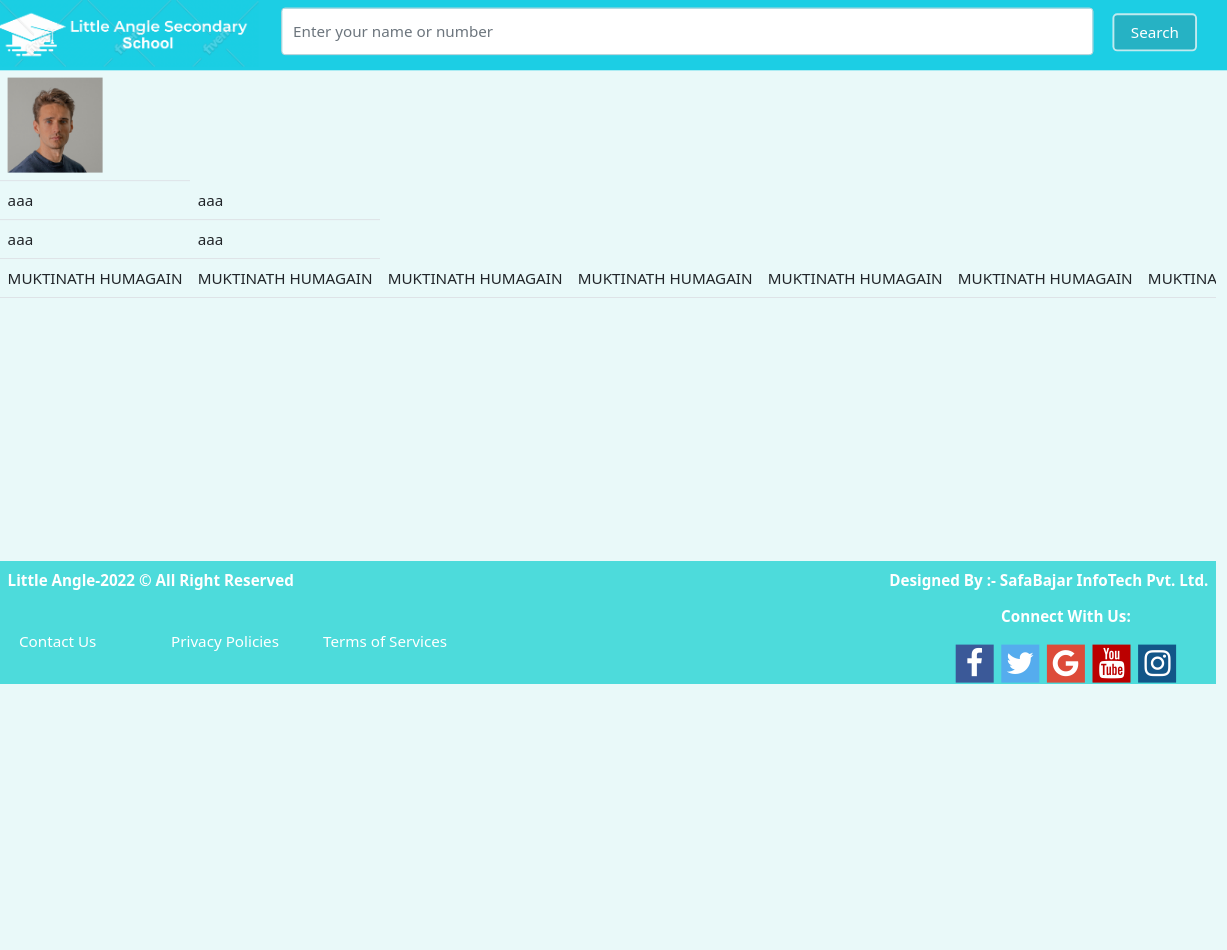
Repository: Sjuicyy/School-Project
Page: profilesview.html
The author's editor kept a copy of each file at every save. The page is drawn from the files as they stood at one save, then again after the next save.
The browser window is 1280 px wide. The page is 1292 px wide, so the pictures cover 1292 px, including what lies to the right of the window. The pictures show the whole page, at 95% of full size.

Above is the page before, as saved 2022-09-22 11:35:00.

### profilesview.html
<!doctype html>
<html lang="en">

<head>
    <!-- Required meta tags -->
    <meta charset="utf-8">
    <meta name="viewport" content="width=device-width, initial-scale=1">

    <!-- Bootstrap CSS -->
    <link href="https://cdn.jsdelivr.net/npm/bootstrap@5.0.2/dist/css/bootstrap.min.css" rel="stylesheet"
        integrity="sha384-EVSTQN3/azprG1Anm3QDgpJLIm9Nao0Yz1ztcQTwFspd3yD65VohhpuuCOmLASjC" crossorigin="anonymous">

    <link rel="stylesheet" href="https://cdnjs.cloudflare.com/ajax/libs/font-awesome/4.7.0/css/font-awesome.min.css">


    <style>
        body {
            height: 1000px;
        }

        .navcol {
            background-color: rgb(28, 206, 228);
        }

        .row0 div {
            width: auto;
            display: flex;
        }

        .img {
            height: 70px;
            width: 100%;
        }

        .form-control {
            height: 50px;
        }


        .btn1 {
            background-color: rgb(38, 178, 196);
            color: white;
            height: 40px;
            width: 100px;
            margin: 20px;
            margin-top: 14px;
            border: 2px solid rgba(255, 255, 255, 0.715);
            border-radius: 5px;
        }

        .btn1:hover {
            background-color: rgba(0, 225, 255, 0);
            border: 2px solid white;
            outline: none;
        }

        .btn1:active {
            color: rgba(255, 255, 255, 0.667);
            border: 2px solid rgba(255, 255, 255, 0.533);
        }

        .footer {
            background-color: rgb(77, 219, 219);
            position: fixed;
            width: 100%;
            overflow: AUTO;
            color: rgb(255, 255, 255);
            bottom: 0;
        }

        .footer::-webkit-scrollbar {
            display: none;
        }


        .fb {

            width: 160px
        }

        .fa1 {
            font-size: xx-large;
            padding: 4px;
            margin: 2px;
            width: 40px;
            text-decoration: none;
        }

        .fa-facebook {
            background: #3B5998;
            color: white;
        }

        .fa-twitter {
            background: #55ACEE;
            color: white;
        }

        .fa-google {
            background: #dd4b39;
            color: white;
        }

        .fa-youtube {
            background: #bb0000;
            color: white;
        }

        .fa-instagram {
            background: #125688;
            color: white;
        }

        .red {
            border: 1px solid rgb(219, 77, 77);
        }

        .green {
            border: 1px solid rgb(2, 183, 255);
        }

        .yello {
            border: 1px solid rgb(193, 255, 6);
        }

        .btn2 {
            background-color: rgb(77, 219, 219);
            width: 400px;
        }

        .color {
            color: rgb(28, 206, 228);
        }

        .a {
            text-decoration: none;
            color: rgb(77, 219, 219);
        }

        .loginopt {
            background-color: rgb(255, 255, 255);
            color: rgb(28, 206, 228);
            border: 2px solid;
            width: 43px;
            border-radius: 100px;
            margin: 10px;
        }

        .loginopt:hover {
            color: #0c91f7;
        }

        .btn2:hover {
            background-color: #2a8bd0;
        }
    </style>
    <title>Little Angle School</title>
</head>

<body style="background-color:#99e6e335 ;>
    <!-- heading start -->
    <div class=" container-fluid text-center">
    <div class="row row0 navcol">
        <div class="col-3">
            <a href="pages.html">
                <img class="img" src="./school.png" alt="">
            </a>
        </div>
        <div class="col">
            <input class="form-control mt-2 " type="search" placeholder="Enter your name or number "
                aria-label="Search">
            <button class="btn1" type="submit">Search</button>
            </form>
        </div>
    </div>
    </div>
    <!-- heading end -->



    <!-- profile view body  -->




    <!-- <div class="container mt-4 w-75" style="border: 3px solid #0c91f7;">
        <div class="m-1">


        <div class="row">
            <div class="col-auto  ">
                <img src=" ./profile pic.jpg" width="100px" alt="">
            </div>
            <div class="col " style="">
                <div class="row mt-3 m-auto">
                    <div class="col-auto m-auto w-50 "><b>Name: </b>Shyam Joshi</div>
                    <div class="col-auto m-auto w-50 "><b> Email: </b>Sjuicyy@gmail.com</div>
                </div>
                <div class="row mt-3 m-auto">
                    <div class="col-auto m-auto w-50 "><B>DoB: </B>2055/04/31</div>
                    <div class="col-auto m-auto w-50 "><b>Mobile</b>: +977-9867867202</div>
                </div>
            </div>
            <div class="col-auto " style="overflow:hidden; width:100px">
                <div class="col mt-3 ">
                    <div class="btn btn-primary btn-sm  w-100">view</div>
                </div>
                <div class="col  mt-2">
                    <div class="btn btn-primary btn-sm  w-100">Edit</div>
                </div>
            </div>
        </div>

    </div>
    </div> -->



    <!-- // profile view body  -->





    <!-- another responsive table start -->










    <div class="table-responsive text-nowrap">
        <table class="table table-hover">
            <tbody class="table-border-bottom-0">
                <tr class="text-nowrap">
                    <td>
                        <img src="./profile pic.jpg" width="100px" alt="">

                        <tr>
                            <td>aaa</td>
                            <td>aaa</td>
                        </tr>
                        <tr>
                            <td>aaa</td>
                            <td>aaa</td>
                        </tr>
                    </td>
                    <td>MUKTINATH HUMAGAIN</td>
                    <td>MUKTINATH HUMAGAIN</td>
                    <td>MUKTINATH HUMAGAIN</td>
                    <td>MUKTINATH HUMAGAIN</td>
                    <td>MUKTINATH HUMAGAIN</td>
                    <td>MUKTINATH HUMAGAIN</td>
                    <td>MUKTINATH HUMAGAIN</td>


                </tr>
            </tbody>
        </table>
    </div>
    <!-- another responsive table end -->








    <!-- footer start -->


    <div class="footer">
        <div class="row ">
            <div class="col mx-2 mt-2" style="text-align:left"> <b>Little Angle-2022 © All Right Reserved</b> </div>
            <div class="col mx-2 mt-2" style="text-align:right">
                <p> <b>Designed By :- SafaBajar InfoTech Pvt. Ltd.</b> </p>
            </div>
        </div>
        <div class="row mx-2">
            <div class="col-2  fb" style="text-align:left;margin-top:25px">Contact Us</div>
            <div class="col-2  fb" style="text-align:left;margin-top:25px">Privacy Policies</div>
            <div class="col-2  fb" style="text-align:left;margin-top:25px">Terms of Services</div>
            <div class="col  fb" style="text-align:left"></div>
            <div class="col-6 fb mt-2" style="text-align:center;width:300px">
                <p style="margin-top: -10px;"> <b>Connect With Us:</b> </p>
                <a href="https://www.facebook.com/search/top?q=safabazar%20private%20limited" class="fa fa1 fa-facebook"
                    style="text-align:center;margin-top:-10px"></a>
                <a href="#" class="fa fa1 fa-twitter"></a>
                <a href="#" class="fa fa1 fa-google"></a>
                <a href="#" class="fa fa1 fa-youtube"></a>
                <a href="#" class="fa fa1 fa-instagram"></a>
            </div>
        </div>

    </div>

    </div>

    </div>












    <!-- Optional JavaScript; choose one of the two! -->

    <!-- Option 1: Bootstrap Bundle with Popper -->
    <script src="https://cdn.jsdelivr.net/npm/bootstrap@5.0.2/dist/js/bootstrap.bundle.min.js"
        integrity="sha384-MrcW6ZMFYlzcLA8Nl+NtUVF0sA7MsXsP1UyJoMp4YLEuNSfAP+JcXn/tWtIaxVXM"
        crossorigin="anonymous"></script>

    <!-- Option 2: Separate Popper and Bootstrap JS -->
    <!--
    <script src="https://cdn.jsdelivr.net/npm/@popperjs/core@2.9.2/dist/umd/popper.min.js" integrity="sha384-IQsoLXl5PILFhosVNubq5LC7Qb9DXgDA9i+tQ8Zj3iwWAwPtgFTxbJ8NT4GN1R8p" crossorigin="anonymous"></script>
    <script src="https://cdn.jsdelivr.net/npm/bootstrap@5.0.2/dist/js/bootstrap.min.js" integrity="sha384-cVKIPhGWiC2Al4u+LWgxfKTRIcfu0JTxR+EQDz/bgldoEyl4H0zUF0QKbrJ0EcQF" crossorigin="anonymous"></script>
    -->
</body>

</html>

After the next save:
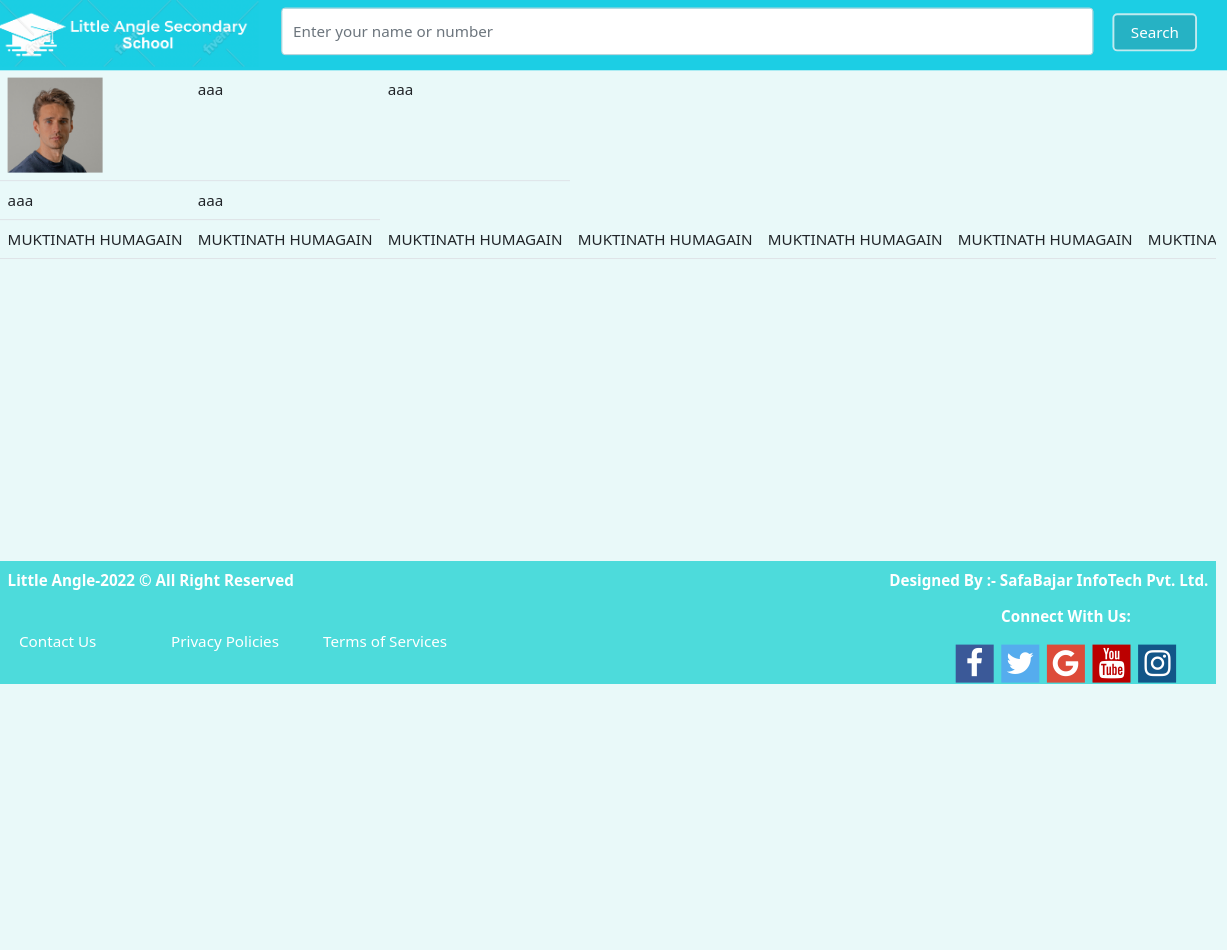
Saved 12 s later.
--- a/profilesview.html
+++ b/profilesview.html
@@ -240,7 +240,7 @@
                     <td>
                         <img src="./profile pic.jpg" width="100px" alt="">
 
-                        <tr>
+
                             <td>aaa</td>
                             <td>aaa</td>
                         </tr>
